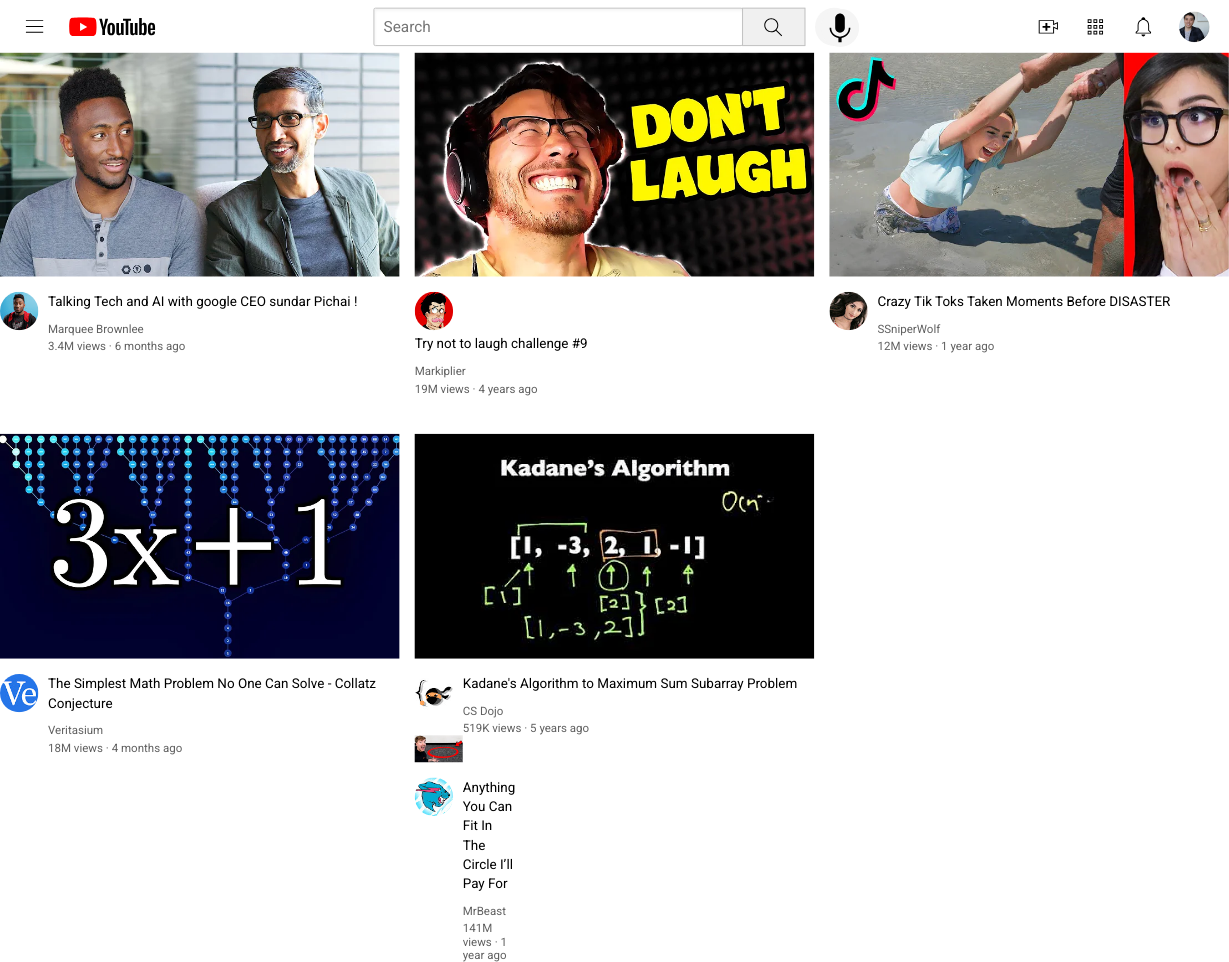
Repository: knowledgeAlan/html-css-thirteen
Page: youtube.html
The author's editor kept a copy of each file at every save. The page is drawn from the files as they stood at one save, then again after the next save.
The browser window is 1280 px wide. The pictures show the whole page, at 96% of full size.

Above is the page before, as saved 2024-03-22 17:52:17.

After the next save:
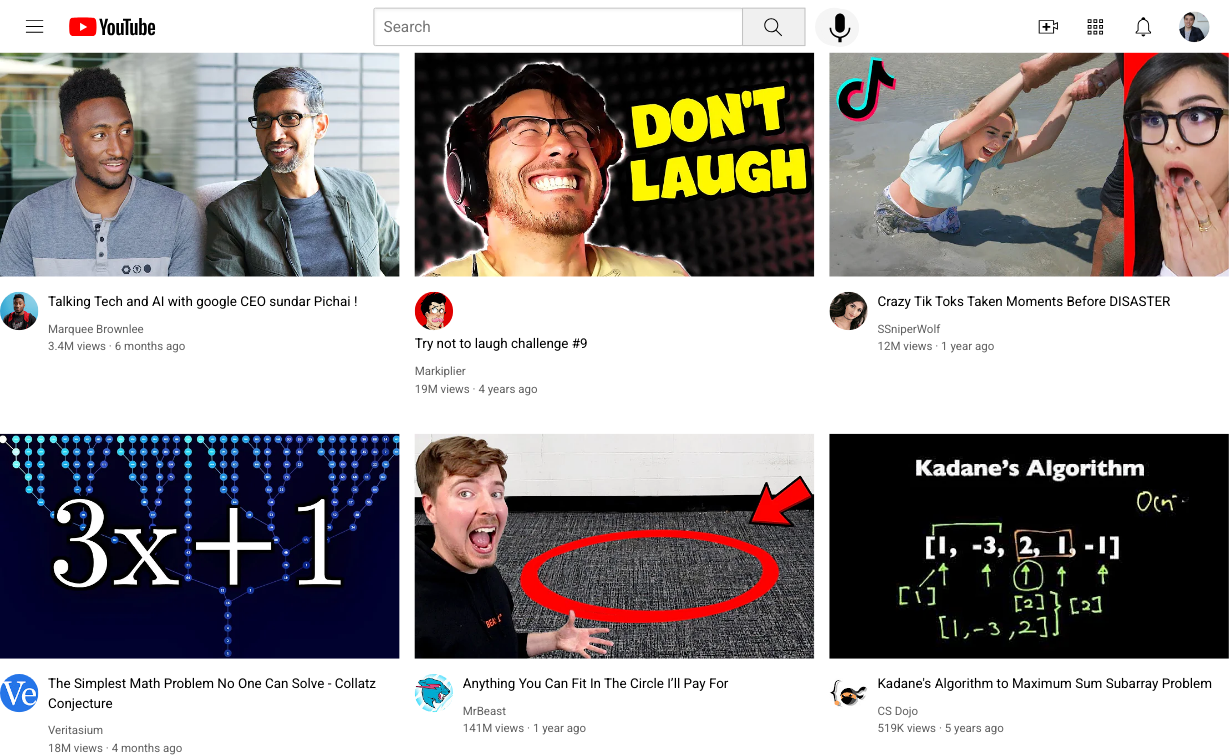
Saved 11 s later.
--- a/youtube.html
+++ b/youtube.html
@@ -161,7 +161,31 @@
                 </div>
             </div>
 
-
+            <div class="video-preview">
+                <div class="thumbnail-row">
+                    <img class="thumbnail" src="thumbnails/thumbnail-6.webp">
+                </div>
+
+                <div class="video-info-grid">
+                    <div class="channel-picture">
+                        <img class="profile-picture" src="channel-pictures/channel-6.jpeg">
+                    </div>
+                    <div class="video-info">
+                        <p class="video-title">
+                            Anything You Can Fit In The Circle I’ll Pay For
+                        </p>
+
+                        <p class="video-author">
+                            MrBeast
+                        </p>
+
+                        <p class="video-stats">
+                            141M views &#183; 1 year ago
+                        </p>
+                    </div>
+                </div>
+
+            </div>
 
             <div class="video-preview">
                     <div class="thumbnail-row">
@@ -192,32 +216,8 @@
 
                  </div>
         </div>
-        <div class="video-preview">
-            <div class="thumbnail-row">
-                <img class="thumbnail" src="thumbnails/thumbnail-6.webp">
-            </div>
-
-            <div class="video-info-grid">
-                <div class="channel-picture">
-                    <img class="profile-picture" src="channel-pictures/channel-6.jpeg">
-                </div>
-                <div class="video-info">
-                    <p class="video-title">
-                        Anything You Can Fit In The Circle I’ll Pay For
-                    </p>
-
-                    <p class="video-author">
-                        MrBeast
-                    </p>
-
-                    <p class="video-stats">
-                        141M views &#183; 1 year ago
-                    </p>
-                </div>
-            </div>
-
-        </div>
-    </div>
+
+
 
 
 

After the 2 saves that followed:
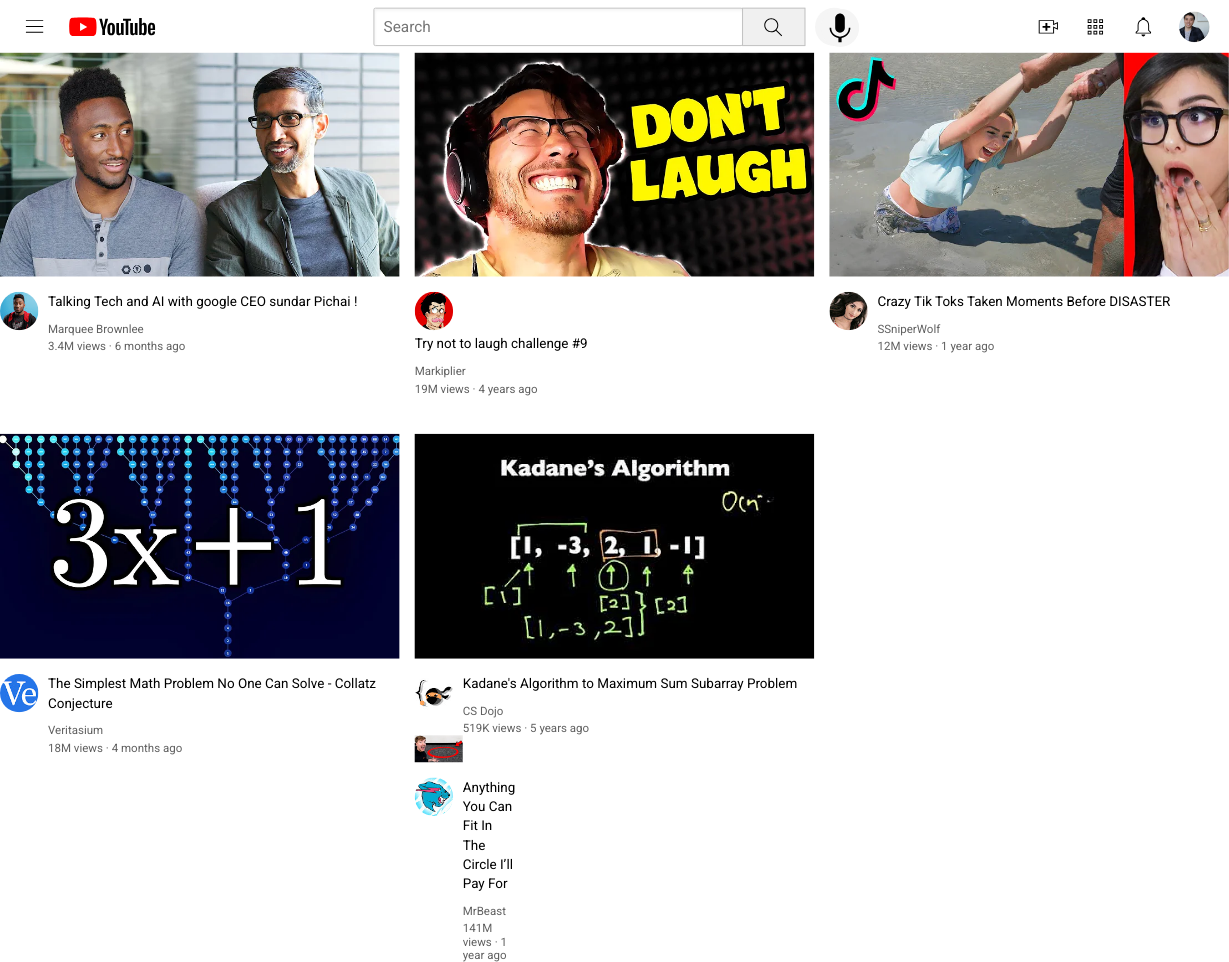
The 2 saves are shown as one change because 1 left the picture as it was.
The last was saved 31 s later.
--- a/youtube.html
+++ b/youtube.html
@@ -161,31 +161,7 @@
                 </div>
             </div>
 
-            <div class="video-preview">
-                <div class="thumbnail-row">
-                    <img class="thumbnail" src="thumbnails/thumbnail-6.webp">
-                </div>
-
-                <div class="video-info-grid">
-                    <div class="channel-picture">
-                        <img class="profile-picture" src="channel-pictures/channel-6.jpeg">
-                    </div>
-                    <div class="video-info">
-                        <p class="video-title">
-                            Anything You Can Fit In The Circle I’ll Pay For
-                        </p>
-
-                        <p class="video-author">
-                            MrBeast
-                        </p>
-
-                        <p class="video-stats">
-                            141M views &#183; 1 year ago
-                        </p>
-                    </div>
-                </div>
-
-            </div>
+
 
             <div class="video-preview">
                     <div class="thumbnail-row">
@@ -214,10 +190,34 @@
                             </p>
                         <div>
 
-                 </div>
+            </div>
         </div>
 
-
+        <div class="video-preview">
+            <div class="thumbnail-row">
+                <img class="thumbnail" src="thumbnails/thumbnail-6.webp">
+            </div>
+
+            <div class="video-info-grid">
+                <div class="channel-picture">
+                    <img class="profile-picture" src="channel-pictures/channel-6.jpeg">
+                </div>
+                <div class="video-info">
+                    <p class="video-title">
+                        Anything You Can Fit In The Circle I’ll Pay For
+                    </p>
+
+                    <p class="video-author">
+                        MrBeast
+                    </p>
+
+                    <p class="video-stats">
+                        141M views &#183; 1 year ago
+                    </p>
+                </div>
+            </div>
+
+        </div>
 
 
 
